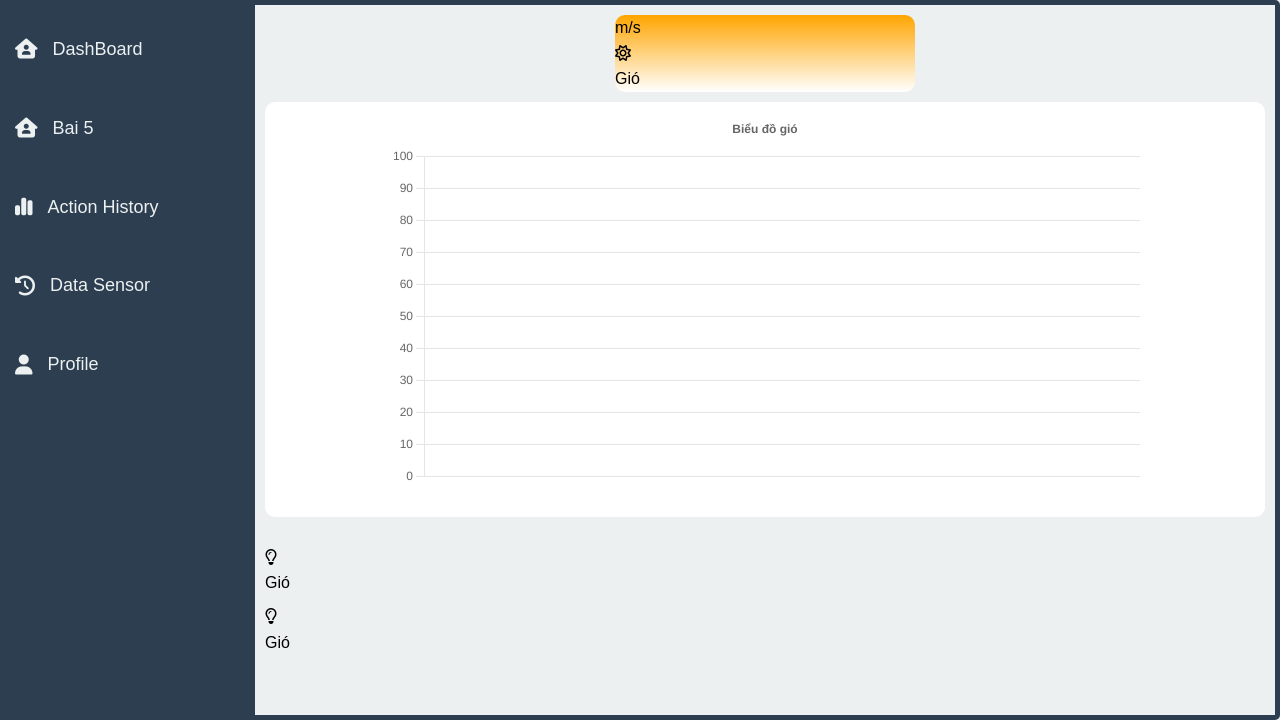
Repository: duongnoob23/duyyyy
Page: /bai5 (app in iot/)
An editor plug-in stored every save of this project. The page is shown before and after the next save, followed by the edit.
The browser window is 1280 px wide. The pictures show the whole page.
The page's requests for data from a server got no answer. Some web libraries are served in a nearby version. The project was rebuilt for these pictures with package versions that can differ from the ones it lists, and the page was loaded fresh each time. No one was signed in, and anything a server would have sent is missing. Also part of the build but not shown: iot/src/App.css, iot/src/Components/Doughnut/GaugeChart.js, iot/src/Components/LineChart/LineChartECharts.js, iot/src/Pages/Home/Home.js, iot/src/Pages/DataLogs/DataLogs.js, iot/src/Pages/Profile/Profile.css, iot/src/Pages/Profile/Profile.js, iot/src/Pages/Action/Action.js and 1 more.

Above is the page before, as saved 2024-12-02 21:08:41.

### iot/public/index.html
<!DOCTYPE html>
<html lang="en">
  <head>
    <meta charset="utf-8" />
    <link rel="icon" href="%PUBLIC_URL%/favicon.ico" />
    <meta name="viewport" content="width=device-width, initial-scale=1" />
    <meta name="theme-color" content="#000000" />
    <meta
      name="description"
      content="Web site created using create-react-app"
    />
    <link rel="apple-touch-icon" href="%PUBLIC_URL%/logo192.png" />
    <!--
      manifest.json provides metadata used when your web app is installed on a
      user's mobile device or desktop. See https://developers.google.com/web/fundamentals/web-app-manifest/
    -->
    <link rel="manifest" href="%PUBLIC_URL%/manifest.json" />
    <!--
      Notice the use of %PUBLIC_URL% in the tags above.
      It will be replaced with the URL of the `public` folder during the build.
      Only files inside the `public` folder can be referenced from the HTML.

      Unlike "/favicon.ico" or "favicon.ico", "%PUBLIC_URL%/favicon.ico" will
      work correctly both with client-side routing and a non-root public URL.
      Learn how to configure a non-root public URL by running `npm run build`.
    -->
    <link rel="stylesheet" href="https://cdnjs.cloudflare.com/ajax/libs/font-awesome/6.6.0/css/all.min.css" integrity="sha512-Kc323vGBEqzTmouAECnVceyQqyqdsSiqLQISBL29aUW4U/M7pSPA/gEUZQqv1cwx4OnYxTxve5UMg5GT6L4JJg==" crossorigin="anonymous" referrerpolicy="no-referrer" />
    <title>React App</title>
    <script src="https://code.highcharts.com/highcharts.js"></script>
  </head>
  <body>
    <noscript>You need to enable JavaScript to run this app.</noscript>
    <div id="root"></div>
    <!--
      This HTML file is a template.
      If you open it directly in the browser, you will see an empty page.

      You can add webfonts, meta tags, or analytics to this file.
      The build step will place the bundled scripts into the <body> tag.

      To begin the development, run `npm start` or `yarn start`.
      To create a production bundle, use `npm run build` or `yarn build`.
    -->
  </body>
</html>

### iot/src/index.js
import React from 'react';
import { DatePicker } from 'antd';
import ReactDOM from 'react-dom/client';
import './index.css';
import App from './App';
import reportWebVitals from './reportWebVitals';
import { BrowserRouter } from 'react-router-dom';


const root = ReactDOM.createRoot(document.getElementById('root'));
root.render(
  // <React.StrictMode>
  <BrowserRouter>
    <App />
  </BrowserRouter>

  // </React.StrictMode>
);


reportWebVitals();

### iot/src/index.css
body {
  margin: 0;
  font-family: -apple-system, BlinkMacSystemFont, 'Segoe UI', 'Roboto', 'Oxygen',
    'Ubuntu', 'Cantarell', 'Fira Sans', 'Droid Sans', 'Helvetica Neue',
    sans-serif;
  -webkit-font-smoothing: antialiased;
  -moz-osx-font-smoothing: grayscale;
}

code {
  font-family: source-code-pro, Menlo, Monaco, Consolas, 'Courier New',
    monospace;
}

*{
  box-sizing: border-box;
  font-family: Arial, Helvetica, sans-serif;
}

html{
  font-size: 62.5%;
}

ul,li{
  list-style-type: none;
  margin: 0;
  padding:0;
}
a{
  text-decoration: none;
}

body{
  margin: 0;
  padding: 0;

}

### iot/src/App.js
// import logo from './logo.svg';
import './App.css';
import Layout from './Components/Layout/Layout';
import { Routes,Route} from 'react-router-dom';
import Home from './Pages/Home/Home';
import DataLogs from './Pages/DataLogs/DataLogs';
import Profile from './Pages/Profile/Profile';
import Action from './Pages/Action/Action';
import Bai5 from './Pages/Bai5/Bai5';
function App() {
  return (
    <>

      <Routes>
          <Route path="/" element = {<Layout/>}>
            <Route path='home' element={<Home/>}/>
            <Route path='bai5' element={<Bai5 />}/>
            <Route path='datalogs' element={<DataLogs/>}/>
            <Route path='profile' element={<Profile/>}/>
            <Route path='action' element={<Action/>}/>
          </Route>
      </Routes>
    </>
  );
}

export default App;

### iot/src/Components/Layout/Layout.js
import './Layout.css'
import { Link, Outlet, } from "react-router-dom";
// import { useState } from "react";

function Layout(){

    return (
        <>

        <div className="dashBoard">
        <div className="sideBar">
            <ul className="sideBar-list">
                <li className="sideBar-item">
                    {/* <a  href="#" className="sideBar-icon">
                        <i className="fa-solid fa-house-user">
                        </i>
                        <span className='sideBar-text'>DashBoard</span>
                    </a> */}
                    <Link className='sideBar-icon' to={"/home"}>
                        <i className="fa-solid fa-house-user">
                        </i>
                        <span className='sideBar-text'>DashBoard</span>
                    </Link>
                </li>
                <li className="sideBar-item">
                    <Link className='sideBar-icon' to={"/bai5"}>
                        <i className="fa-solid fa-house-user">
                        </i>
                        <span className='sideBar-text'>Bai 5</span>
                    </Link>
                </li>
                <li className="sideBar-item">
                <Link  className="sideBar-icon" to={"/action"}>
                    <i className="fa-solid fa-chart-simple"></i>
                        <span className='sideBar-text'>Action History</span>
                    </Link>
                </li>
                <li className="sideBar-item">
                    <Link className="sideBar-icon" to={"/datalogs"} >
                    <i className="fa-solid fa-clock-rotate-left"></i>
                        <span className='sideBar-text'> Data Sensor</span>
                    </Link>
                </li>
                <li className="sideBar-item">

                    <Link className="sideBar-icon" to={"/profile"}>
                        <i className="fa-solid fa-user"></i>
                        <span className='sideBar-text'>Profile</span>
                    </Link>
                </li>
            </ul>
        </div>
        <div className="sideMain">
            <Outlet/>
        </div>
    </div>
        </>
    )
}

export default Layout;

### iot/src/Components/Layout/Layout.css


/* Reset default padding and margins */
* {
    margin: 0;
    padding: 0;
    box-sizing: border-box;
}

/* DashBoard container */
.dashBoard {
    display: flex;
    height : 100vh;
    font-family: 'Roboto', sans-serif;
}

/* SideBar styling */
.sideBar {
    width: 250px;
    background-color: #2c3e50;
    padding: 20px 0;
    position: fixed;
    height: 100%;
    transition: all 0.3s ease;
}

.sideBar-list {
    list-style: none;
    padding-left: 0;
}

.sideBar-item {
    margin-bottom: 20px;
}

.sideBar-icon {
    display: flex;
    align-items: center;
    padding: 15px;
    color: #ecf0f1;
    text-decoration: none;
    transition: background 0.3s ease, color 0.3s ease;
}

.sideBar-icon i {
    margin-right: 15px;
    font-size: 20px;
}

/* Hover effect for sidebar items */
.sideBar-icon:hover {
    background-color: #34495e;
    color: #1abc9c;
    cursor: pointer;
    padding-left: 25px; /* Add a slide effect */
    transition: all 0.3s ease;
}

.sideBar-text {
    font-size: 18px;
}

/* Active link effect */
.sideBar-icon.active {
    background-color: #1abc9c;
    color: #fff;
    border-radius: 8px;
    transition: all 0.3s ease;
}

/* SideMain styling */
.sideMain {
    margin-left: 250px;
    background-color: #ecf0f1;
    flex-grow: 1;
}

/* Responsive Design */
@media screen and (max-width: 768px) {
    .sideBar {
        width: 200px;
    }

    .sideBar-icon {
        padding: 10px;
    }

    .sideMain {
        margin-left: 200px;
        padding: 20px;
    }
}

@media screen and (max-width: 576px) {
    .sideBar {
        width: 60px;
    }

    .sideBar-icon i {
        margin-right: 0;
        text-align: center;
        flex: 1;
    }

    .sideBar-text {
        display: none;
    }

    .sideMain {
        margin-left: 60px;
        padding: 10px;
    }
}

### iot/src/Pages/Home/Home.css
/* General Styling */
.main {
    display: flex;
    flex-direction: column;
    height : 100%; /* Chiếm toàn bộ chiều cao của màn hình */

    box-sizing: border-box; /* Đảm bảo padding không làm thay đổi kích thước */
}

.section {
  width: 100%;
  height : 100%;
}



.section-one{
    width: 100vh;
    height : 100%;
    display: flex;
    flex-direction: row;

}

.left{
  width: 75%;
}

.right{
  width: 25%;
}

.sensor{
    height: 30%;
}


.sensor-list {
    height: 100%;
    display: flex;
    list-style-type: none;
    padding: 0;
    margin: 0;
    justify-content: space-between; /* Rải đều các phần tử trong container */
    width: 100%; /* Chiếm toàn bộ chiều rộng của màn hình */
}

.sensor-item {
    flex: 1; /* Các phần tử sẽ tự động chiếm đều không gian */
    /* padding: 5px; */
    background-color: #ffffff;
    border-radius: 12px;
    box-shadow: 0 4px 12px rgba(0, 0, 0, 0.1);
    display: flex;
    flex-direction: column;
    align-items: center;
    text-align: center;
    margin: 10px;
    min-width: 50px; /* Đảm bảo các phần tử không quá nhỏ */
}
  .sensor-item .sensor-digit {
    font-size: 1.2em;
    font-weight: bold;
    margin-bottom: 5px;
    color: #333;
  }

  .sensor-item:nth-child(2){
    /* margin:10px 20px; */
  }

  .sensor-bar {
    width: 100%;
    height: 100px;
    background-color: #e0e0e0;
    border-radius: 8px;
    position: relative;
    overflow: hidden;
    margin: 10px 0;
  }

  .sensor-fill {
    position: absolute;
    bottom: 0;
    width: 100%;
    border-radius: 8px;
  }

  .sensor-item.light .sensor-fill {
    background-color: #ffb74d; /* Soft orange for light */
  }

  .sensor-item.temperature .sensor-fill {
    background-color: #ef5350; /* Soft red for temperature */
  }

  .sensor-item.humidity .sensor-fill {
    background-color: #42a5f5; /* Soft blue for humidity */
  }

  .label {
    font-size: 0.9em;
    font-weight: 600;
    color: #777;
  }
  /* Chart Section */
  .chart {
    height: 70%;
    width: 100%;
    /* margin-top: 20px; */
    /* margin: 15px; */
    padding: 0;
  }
.styleChart{
  aspect-ratio: 7/3;
}
  /* Electric Section */
  .electric {
    width: 100%;
    margin-top: 5px;
  }

  .electric-list {
    list-style: none;
    padding: 0;
    margin: 0;
    display: flex;
    flex-direction: column;
    justify-content: space-around;
    gap: 15px;
  }

  .electric-item {
    /* flex: 1; */
    text-align: center;
    padding: 20px;
    background-color: #f9f9f9;
    border-radius: 10px;
    box-shadow: 0px 4px 10px rgba(0, 0, 0, 0.1);
    transition: transform 0.3s ease, box-shadow 0.3s ease;
    width: 300px;
  }




  .electric-box {
    position: relative;
    margin-bottom: 10px;
  }

  .electric-input {
    display: none;
  }

  .electric-label {
    display: block;
    width: 60px;
    height: 30px;
    background-color: #ddd;
    border-radius: 15px;
    position: relative;
    cursor: pointer;
    transition: background-color 0.3s;
  }



  .electric-input:checked + .electric-label {
    background-color: #4caf50;
  }

  .electric-input:checked + .electric-label:before {
    left: 31px;
  }

  .on-off {
    font-weight: bold;
    margin-top: 8px;
    font-size: 16px;
  }

  .electric-item i {
    font-size: 36px;
    color: #4caf50;
  }

  .electric-item .light-icon,
  .electric-item .temp-icon,
  .electric-item .air-icon {
    color: #aaa;
  }

/* css button  */

### iot/src/Components/Helper/URL.js
export const URL = "http://localhost:3001";

### iot/src/Pages/DataLogs/DataLogs.css
*{
    box-sizing: border-box;
}
.table {
    width: 90%;
    border-collapse: collapse;
    margin: 10px;
    border-radius:10px;
    overflow: hidden;
}

.data{
    border:5px solid #2c3e50;
    border-radius: 0 5px 5px 0;
    height: 100%;
}

.table__body{
    border-radius: 10px;
    border: 2px solid #2c3e50;
}

.table__head{
    border: 2px solid #2c3e50;
}
th, td {
    padding: 10px;
    text-align: center;
    border-bottom: 1px solid #ddd;
}
th {
    background-color: #2c3e50;
    color: white;
}

.table-row__body{
    transition: all 0.1s linear;

}
.table-row__body:nth-child(even){
    background-color: #eee;

}
.table-row__body:hover{
    background-color: #2c3e50;
    color: #F4C427;

}

.table-row__body:active{
    background-color: #2c3e50;
    color: #F4C427;
}
.data__title{
    margin-left: 10px;
    font-size: 20px;
    font-weight: bold;
}

.data__sort{
    margin-left: 10px;
    font-size: 15px;
    font-weight: bold;
    margin-bottom: 10px;

}

.data__in{
    border-radius: 10px;
    border: 2px solid #7A40F2;
    margin: 10px;
}

### iot/src/Pages/Action/Action.css
* {
    box-sizing: border-box;
    font-family: 'Arial', sans-serif; /* Change this to your preferred font */
    font-size: 16px; /* Default font size */
    line-height: 1.6; /* Controls line spacing */
}


.action {
    border: 5px solid #2c3e50;
    border-radius: 0 5px 5px 0;
    height: 100vh; /* Full viewport height */
    display: flex;
    flex-direction: column;
    justify-content: space-between; /* Distribute space evenly */
}

.action-title {
    margin-left: 10px;
    font-size: 24px;
    font-weight: bold;
    margin-bottom: 20px;
}

.option {
    display: flex;
    align-items: center;
    margin-bottom: 20px;
}

.search {
    margin-left: 20px;
    display: flex;
    align-items: center;
}

.search__input {
    padding: 8px 15px;
    border-radius: 8px;
    outline: none;
    border: 1px solid #2c3e50;
    margin-right: 5px;
    font-size: 16px;
}

.search__icon {
    cursor: pointer;
    font-size: 20px;
    color: #2c3e50;
}

.select, .select2 {
    margin-left: auto;
    padding: 0 10px;
}

.select__list {
    padding: 8px 12px;
    border-radius: 8px;
    border: 1px solid #2c3e50;
    outline: none;
    font-size: 16px;
}

/* Table container to control overflow */
.table__container {
    flex-grow: 1;
    overflow-y: auto;
    border-radius: 10px;
    margin: 0 20px;
    padding-bottom: 20px;
}

.table {
    width: 100%;
    border-collapse: collapse;
}

.table__head {
    background-color: #2c3e50;
    color: white;
    border-radius: 10px 10px 0 0;
}

.table-row__head th, .table-row__body td {
    padding: 10px;
    text-align: center;
}

.table-row__body:nth-child(even) {
    background-color: #f7f7f7;
}

.table-row__body:hover {
    background-color: #2c3e50;
    color: #F4C427;
}

/* Maintain height to ensure 10 rows fill the page */
.table-row__body {
    height: 40px; /* Adjust this based on design preferences */
    transition: background-color 0.3s;
}

.table__body {
    border-radius: 0 0 10px 10px;
}

.pagination {
    margin-right: 20px;
    padding: 10px 0;
    text-align: right;
}

.pagi__list {
    display: flex;
    justify-content: flex-end;
    align-items: center;
    font-size: 16px;
}

.pagi__item {
    margin: 0 5px;
    cursor: pointer;
    padding: 5px 10px;
    border: 1px solid #3498db;
    border-radius: 5px;
    transition: background-color 0.3s;
}

.pagi__next, .pagi__pre {
    color: #3498db;
}

.pagi__cur {
    font-weight: bold;
    color: #fff;
    background-color: #15181b;
    border-radius: 5px;
    padding: 5px 10px;
}

/* Ensure last row visibility */
.table__container::-webkit-scrollbar {
    width: 6px;
}

.table__container::-webkit-scrollbar-thumb {
    background-color: #121518;
    border-radius: 10px;
}

### iot/src/Pages/Bai5/Bai5.css
.main{
    width: 100%;
    padding:10px;
    height: 100%;
    border:5px solid #2c3e50;
    border-radius: 0 5px 5px 0;
}


.section{
}

.section .section-two{
    width: 100%;
    display: flex;
    flex-direction: column;
}



.electric{
    background-color: white;
    /* padding:10px; */
    border-radius: 15px;
    /* margin-bottom: 15px; */
}

.electric-list{
    display: flex;
    justify-content: center;
    align-items: center;
    margin-left: -20px;
    height: 100%;
}

.electric-item{
    width: 80%;
    height: calc(100% / 3 - 10px);
    margin-left: 20px;
    /* background-color: white; */
    border-radius: 10px;
    padding: 10px;
    box-shadow: rgba(0, 0, 0, 0.35) 0px 5px 15px;
    color:#2c3e50;
    display: flex;
    flex-direction: column;
    justify-content: space-between;
    font-size: 15px;
    transition: all 0.25s linear;
    position: relative;
    /* cursor: pointer; */
}

/* .electric-item:hover{
    background-color: #2c3e50;
    color: white;
    box-shadow: #2c3e50 3px 3px 9px 0px;
} */

.electric-item i{
    font-size: 40px;
}

.electric-item .on-off{
    font-size: 20px;
    color: black;
    margin-top: 0;
}

.electric-item:hover .on-off{
    /* color:white; */
}

.electric-input{
    display: none;
}

.electric-input:checked + .electric-label{
    background-color: #2c3e50;
    box-shadow: white 0px 5px 15px;
}

.electric-input:checked + .electric-label:after{
    background-color: white;
    transform: translateX(17px);
}
.electric-input:checked .temperature{
    color: #2c3e50;
}


.electric-label{
    position: absolute;
    top:20px;
    right: 20px;
    width: 36px;
    height: 20px;
    border-radius: 20px;
    background-color: #F5F5F5;
    transition: all 0.25s linear;
    cursor: pointer;
}

.electric-label:after{
    cursor: pointer;
    content: "";
    position:  absolute;
    top:1px;
    left: 1px;
    width: 18px;
    height: 18px;
    border-radius: 50%;
    background-color: white;
    transition: all 0.25s linear;
    box-shadow: rgba(0, 0, 0, 0.35) 0px 5px 15px;
}

.electric-item .electric-light{
    display: inline-block;
    font-size: 40px;
    color: black;
    transition: all 0.4s linear;
    display: flex;
    justify-content: center;
    align-items: center;
}
.electric-item .electric-light.show{
    color: yellow;
    /* box-shadow: 0 0 3px 3px yellow; */
    filter: drop-shadow(0 0 10px rgba(255, 255, 0, 0.8)) drop-shadow(0 0 20px rgba(255, 255, 0, 0.642));
}

.electric-item .electric-air{
    display: flex;
    justify-content: center;
    align-items: center;
    color:black;
}

.electric-item .electric-air.show{
    content: "";
    animation:spin 2s linear infinite;
    color:#3acbe9;
    transition: all 0.4s linear;
}

.electric-item .electric-temperature{
    display: flex;
    justify-content: center;
    align-items: center;
    color:black;
}

.electric-item .electric-temperature.show{
    /* color: linear-gradient(to top,red ,yellow ); */
    background-image: linear-gradient(to top,red,yellow);
    color:transparent;
    background-clip: text;
    transition: all 0.4s linear;
}

@keyframes spin {
    to{
        transform: rotate(720deg);
    }
  }

.meter{
    background-color: white;
    padding:10px;
    border-radius: 15px;
    margin-bottom: 5px;
}

.meter-list{
    display: flex;
    justify-content: center;
    align-items: center;
    margin-left: -20px;
}

.meter-item{
    width: calc(100% / 3 - 20px);
    height: 120px;
    margin-left: 20px;
    /* background-color: white; */
    border-radius: 10px;
    padding: 10px;
    box-shadow: rgba(0, 0, 0, 0.35) 0px 5px 15px;
    color:black;
    display: flex;
    flex-direction: column;
    justify-content: space-between;
    font-size: 18px;
    transition: all 0.25s linear;
    position: relative;
}
.meter-item:first-child{
    /* background-image: linear-gradient(to bottom,#F4C427,white); */
    background-color: #f4c427;
    }



.meter-item:last-child{
    /* background-image: linear-gradient(to bottom,#3ACBE9,white); */
    background-color: #3acbe9;
}

.meter-item:nth-child(2){
    /* background-image: linear-gradient(to bottom,#FF9060,white); */
    background-color: #FF9060;
}

.meter-digit
{
    text-align: start;
    font-size: 24px;
    font-weight: white;
}

.chart{
    width: 100%;
    height: 45%;
    border-radius: 10px;
    background-color: white;
    padding:10px;
    margin-bottom: 20px;
}



.blink {
    background-color: yellow;
    animation: blink 1s infinite;
  }

  @keyframes blink {
    0%, 100% {
      background-color: yellow;
    }
    50% {
      background-color: transparent;
    }
  }


.bai5{
    margin: 0 auto;
    width: 300px;
    height: 30%;
    margin-bottom: 10px;
    border-radius: 10px;
    overflow: hidden;
}

.control{
    width: 100%;
    height: 25%;
}

### iot/src/Components/LineChart/LineChartFix.js
import React, { useEffect,useState } from 'react';
import { Line } from 'react-chartjs-2';
import { Chart as ChartJS, CategoryScale, LinearScale, PointElement, LineElement, Title, Tooltip, Legend } from 'chart.js';
import {URL} from '../Helper/URL';
ChartJS.register(CategoryScale, LinearScale, PointElement, LineElement, Title, Tooltip, Legend);



const LineChartFix = ({onDataUpdate}) => {


  const [dataChart,setDataChart] = useState({
    labels:[],
    datasets:[],
  })
  // console.log(onDataUpdate);
  const fetchApi = () => {
    fetch(URL + `/windspeed`)
      .then(res => res.json())
      .then(data => {
        if (data) {
          console.log(data);

          // Adding index (increasing order) to the data
          let indexedData = data.results.map((item, index) => ({
            ...item,
            index: index + 1 // Adding index starting from 1
          }));

          // Extract time, temperature, humidity, and light values
          let time = indexedData.map(item => item.time);
          let temperature = indexedData.map(item => item.temperature);
          let humidity = indexedData.map(item => item.humidity);
          let light = indexedData.map(item => item.light / 10);
          let windspeed = indexedData.map(item => item.light/10 + 13);
          setDataChart({
            labels: time,
            datasets: [
              {
                label: 'Tốc độ gió ',
                data: windspeed,
                borderColor: 'rgba(255, 206, 86, 1)',
                backgroundColor: 'rgba(255, 206, 86, 0.2)',
                tension: 0.4,
              },
            ],
          });

          const option = {
            windspeed: windspeed[windspeed.length - 1 ],
          };

          onDataUpdate(option);
        }
      });
  };

  useEffect(() => {
    fetchApi(); // Lần gọi đầu tiên ngay khi component mount

    // const interval = setInterval(() => {
    //   fetchApi(); // Gọi API mỗi 5 giây (5000ms)
    // }, 5000);

    // return () => clearInterval(interval); // Dọn dẹp interval khi component unmount
  }, []);


  const options = {
    responsive: true,
    plugins: {
      legend: {
        position: 'top',
      },
      title: {
        display: true,
        text: 'Biểu đồ gió',
      },
    },
    scales: {
      y: {
        beginAtZero: true,
        max: 100, // Đặt giá trị tối đa cho trục y
      },
    },
  };


  return (
    <div style={{ maxWidth: '750px', margin: '0 auto' }}>
      <Line data={dataChart} options={options}  />
    </div>
  );
};

// onDataUpdate={handleDataUpdate}
export default LineChartFix;

Loaded but not shown: iot/src/reportWebVitals.js (common file); iot/src/Pages/Bai5/Bai5.js (119 lines, source omitted)

After the next save:
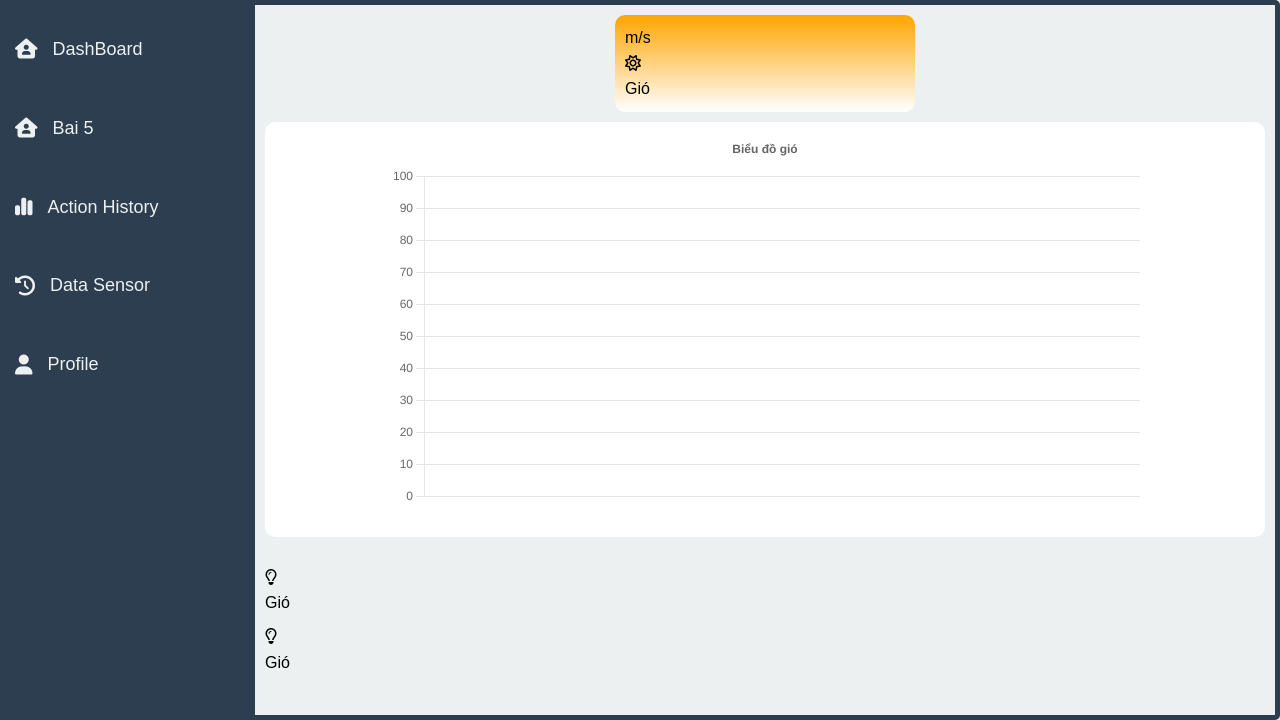
Saved 31 s later.
--- a/iot/src/Pages/Bai5/Bai5.css
+++ b/iot/src/Pages/Bai5/Bai5.css
@@ -254,6 +254,9 @@
     overflow: hidden;
 }
 
+.bai5 .bai5-item{
+    padding: 10px;
+}
 .control{
     width: 100%;
     height: 25%;
